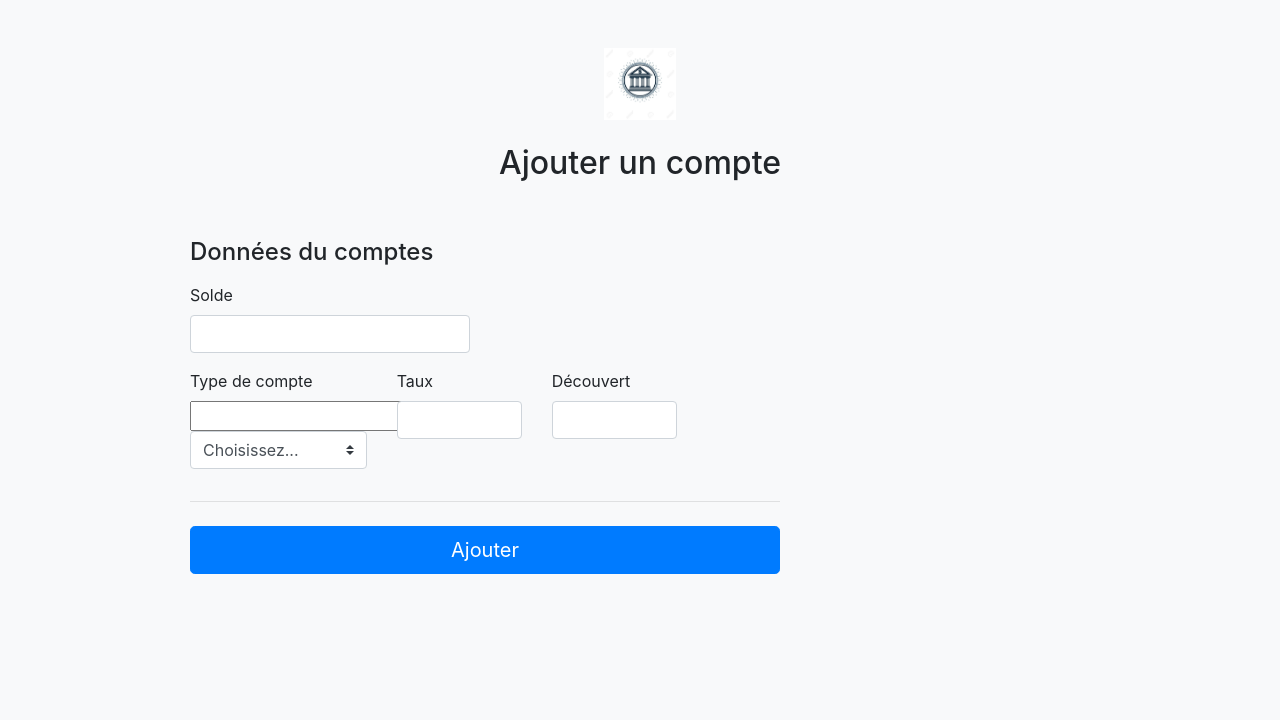
Repository: liiiseee/Projet
Page: http://localhost/02_projet_gestion_clients_compte/ajout-compte.jsp
The author's editor kept a copy of each file at every save. The page is drawn from the files as they stood at one save, then again after the next save.
The browser window is 1280 px wide. The pictures show the whole page.
The page is served by Tomcat 9. Other server files are loaded and not shown.

Above is the page before, as saved 2020-04-02 14:06:48.

### 02_projet_gestion_clients_compte/WebContent/ajout-compte.jsp
<%@page import="com.intiformation.gestion.model.CompteCourant"%>
<%@page import="com.intiformation.gestion.model.CompteEpargne"%>
<%@page import="com.intiformation.gestion.model.Compte"%>
<%@page import="com.intiformation.gestion.model.Client"%>
<%@ page language="java" contentType="text/html; charset=utf-8"
    pageEncoding="utf-8"%>

<%@taglib prefix="c" uri="http://java.sun.com/jsp/jstl/core" %>
<!DOCTYPE html>
<html>
<head>
<meta charset="utf-8">
<title>ajout compte</title>
<!-- Bootstrap core CSS -->
<link href="assets/styles/bootstrap.min.css" rel="stylesheet">




    <style>
      .bd-placeholder-img {
        font-size: 1.125rem;
        text-anchor: middle;
        -webkit-user-select: none;
        -moz-user-select: none;
        -ms-user-select: none;
        user-select: none;
      }

      @media (min-width: 768px) {
        .bd-placeholder-img-lg {
          font-size: 3.5rem;
        }
      }
    </style>
    <!-- Custom styles for this template -->
    <link href="assets/styles/styleModif.css" rel="stylesheet">
</head>
<body class="bg-light">
<div class="container">
<div class="py-5 text-center">
    <img class="d-block mx-auto mb-4" src="assets/images/banque.jpg" alt="" width="72" height="72">
    <h2>Ajouter un compte</h2>

  </div>



    <div class="col-md-8 order-md-1">
      <h4 class="mb-3">Données du comptes</h4>
      <form class="needs-validation" novalidate method="post" action="gestion-compte-servlet">
        <div class="row">

          <div class="col-md-6 mb-3">
            <label for="lastName">Solde</label>
            <input type="text" class="form-control" id="lastName" placeholder="" name="pSolde" required>
            <div class="invalid-feedback">
              Veuillez renseigner le solde
            </div>
          </div>
        </div>








        <div class="row">

          <div class="col-md-4 mb-3">
            <label for="state">Type de compte</label>
            <input type="text" name="pTypeCompte"/>
            <select class="custom-select d-block w-100" id="state" required>
              <option value="">Choisissez...</option>
              <option>epargne</option>
              <option>courant</option>
            </select>
            <div class="invalid-feedback">
               Veuillez renseigner le type de compte
            </div>
          </div>
          <div class="col-md-3 mb-3">
            <label for="zip">Taux</label>
            <input type="text" class="form-control" id="zip" placeholder="" name="pTaux" >

          </div>
          <div class="col-md-3 mb-3">
            <label for="zip">Découvert</label>
            <input type="text" class="form-control" id="" placeholder="" name="pDecouvert"  >

          </div>

        </div>





        <hr class="mb-4">
        <input type="hidden" name="action" value="ajout"/>
        <button class="btn btn-primary btn-lg btn-block" type="submit">Ajouter</button>
      </form>
    </div>



</div>

</body>
</html>

### 02_projet_gestion_clients_compte/WebContent/assets/styles/styleModif.css
@charset "ISO-8859-1";

.container {
  max-width: 960px;
}

.lh-condensed { line-height: 1.25; }

Loaded but not shown: 02_projet_gestion_clients_compte/WebContent/assets/styles/bootstrap.min.css (library)

After the next save:
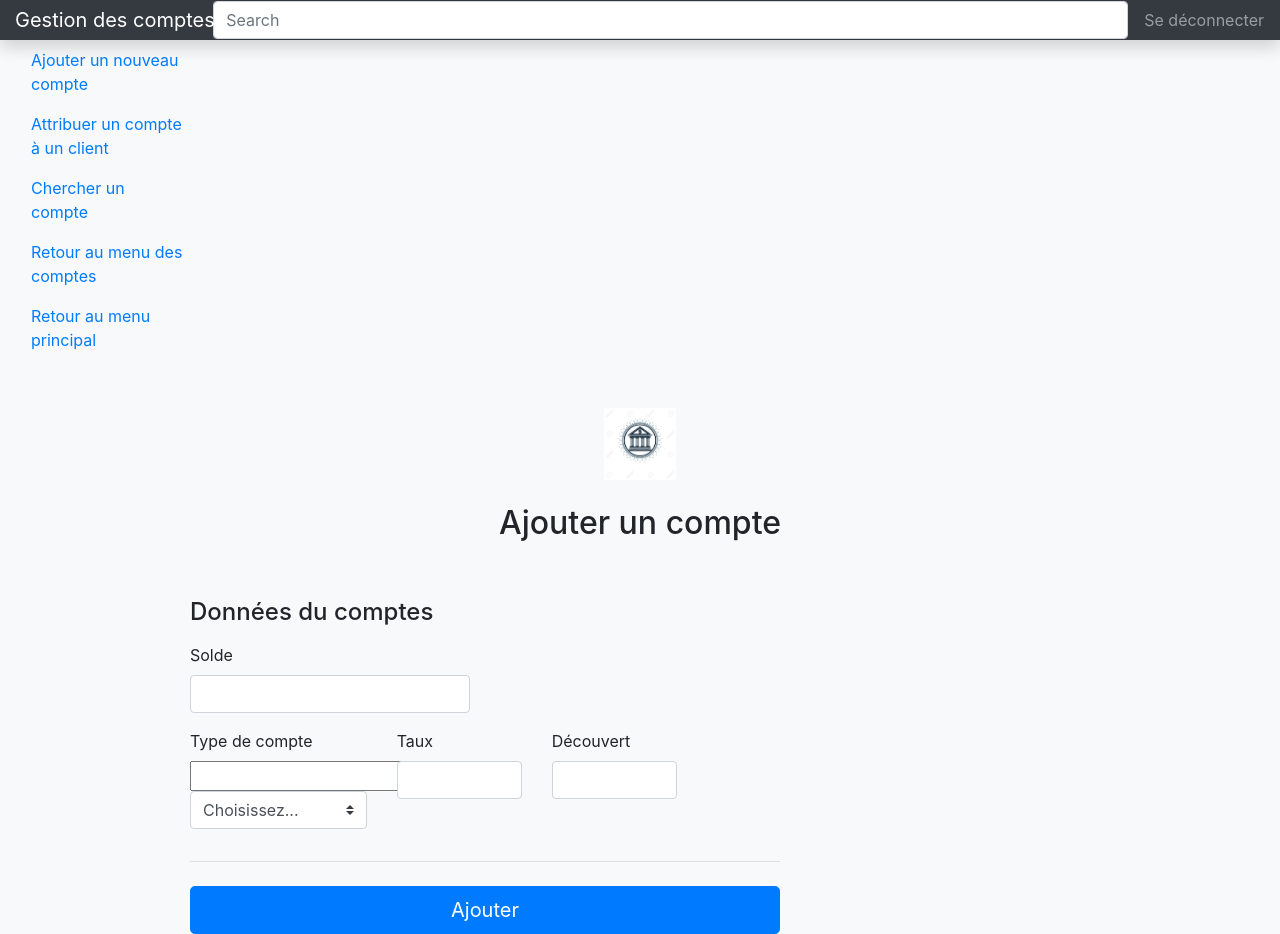
Saved 78 s later.
--- a/02_projet_gestion_clients_compte/WebContent/ajout-compte.jsp
+++ b/02_projet_gestion_clients_compte/WebContent/ajout-compte.jsp
@@ -37,6 +37,68 @@
     <link href="assets/styles/styleModif.css" rel="stylesheet">
 </head>
 <body class="bg-light">
+ <nav class="navbar navbar-dark fixed-top bg-dark flex-md-nowrap p-0 shadow">
+  <a class="navbar-brand col-sm-3 col-md-2 mr-0" href="#">Gestion des comptes</a>
+  <input class="form-control form-control-dark w-100" type="text" placeholder="Search" aria-label="Search">
+  <ul class="navbar-nav px-3">
+    <li class="nav-item text-nowrap">
+      <a class="nav-link" href="authentification-servlet?destroy=true">Se déconnecter</a>
+    </li>
+  </ul>
+</nav>
+
+<div class="container-fluid" >
+  <div class="row">
+    <nav class="col-md-2 d-none d-md-block bg-light sidebar" >
+      <div class="sidebar-sticky">
+        <ul class="nav flex-column">
+          <li class="nav-item">
+            <a class="nav-link active" href="#">
+              <span data-feather="home"></span>
+              Liste des comptes
+            </a>
+          </li>
+          <li class="nav-item">
+            <a class="nav-link" href="ajout-compte.jsp">
+              <span data-feather="file"></span>
+              Ajouter un nouveau compte<span class="sr-only">(current)</span>
+            </a>
+          </li>
+          <li class="nav-item">
+            <a class="nav-link" href="attribuer-compte.jsp">
+              <span data-feather="file"></span>
+              Attribuer un compte à un client
+            </a>
+          </li>
+         <li class="nav-item">
+            <a class="nav-link" href="gestion-pages-servlet?action=chercherCompte">
+              <span data-feather="shopping-cart"></span>
+              Chercher un compte
+            </a>
+          </li>
+
+          <li class="nav-item">
+            <a class="nav-link" href="gestion-pages-servlet?action=menuCompte">
+              <span data-feather="users"></span>
+            Retour au menu des comptes
+            </a>
+          </li>
+          <li class="nav-item">
+            <a class="nav-link" href="menu.jsp">
+              <span data-feather="bar-chart-2"></span>
+              Retour au menu principal
+            </a>
+          </li>
+          </ul>
+
+
+
+      </div>
+    </nav>
+    </div>
+    </div>
+
+
 <div class="container">
 <div class="py-5 text-center">
     <img class="d-block mx-auto mb-4" src="assets/images/banque.jpg" alt="" width="72" height="72">
